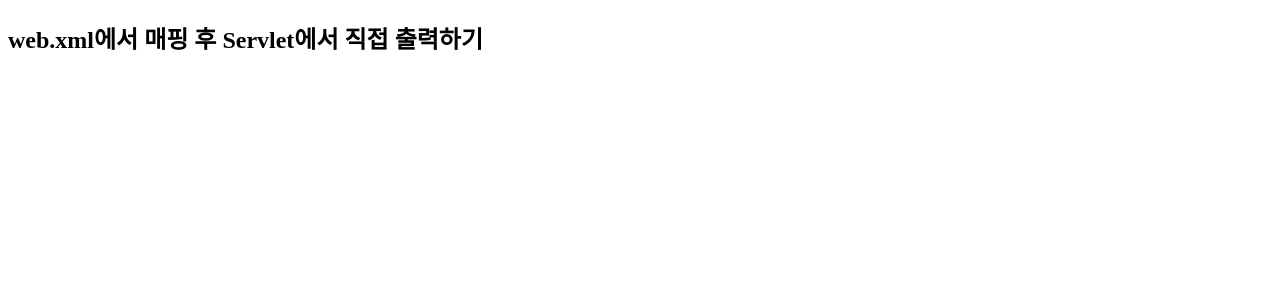
Repository: dogksi/JSP
Page: http://localhost/TestJSP/Servlet/DirectServletPrint.jsp
The author's editor kept a copy of each file at every save. The page is drawn from the files as they stood at one save, then again after the next save.
The browser window is 1280 px wide. The pictures show the whole page.
The page is served by Tomcat 10. Nobody is signed in. The application's start-up code is not run. Other server files are loaded and not shown.

Above is the page before, as saved 2023-09-19 02:35:33.

### TestJSP/src/main/webapp/Servlet/DirectServletPrint.jsp
<%@ page language="java" contentType="text/html; charset=UTF-8"
    pageEncoding="UTF-8"%>
<!DOCTYPE html>
<html>
<head>
<meta charset="UTF-8">
<title>DirectServletPrint.jsp</title>
</head>
<body>
	<h2>web.xml에서 매핑 후 Servlet에서 직접 출력하기</h2>
	<form method="post" action="../Servlet/DirectServletPrint.do"></form>
</body>
</html>

After the next save:
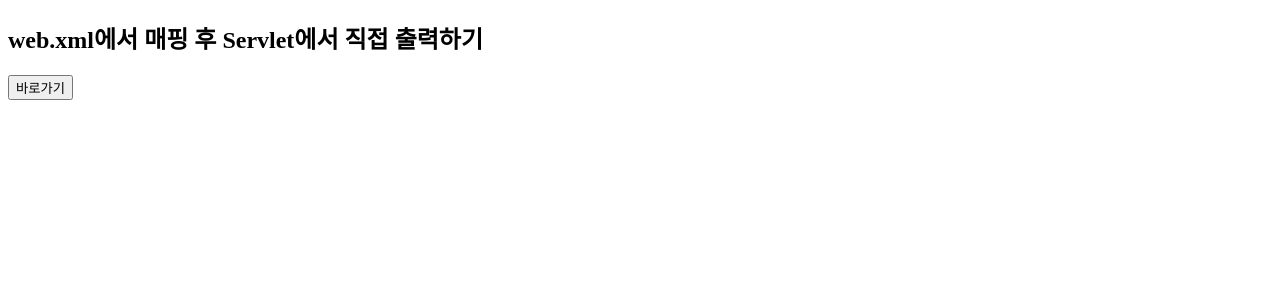
Saved 22 s later.
--- a/TestJSP/src/main/webapp/Servlet/DirectServletPrint.jsp
+++ b/TestJSP/src/main/webapp/Servlet/DirectServletPrint.jsp
@@ -8,6 +8,8 @@
 </head>
 <body>
 	<h2>web.xml에서 매핑 후 Servlet에서 직접 출력하기</h2>
-	<form method="post" action="../Servlet/DirectServletPrint.do"></form>
+	<form method="post" action="../Servlet/DirectServletPrint.do">
+		<input type="submit" value="바로가기" />
+	</form>
 </body>
 </html>
